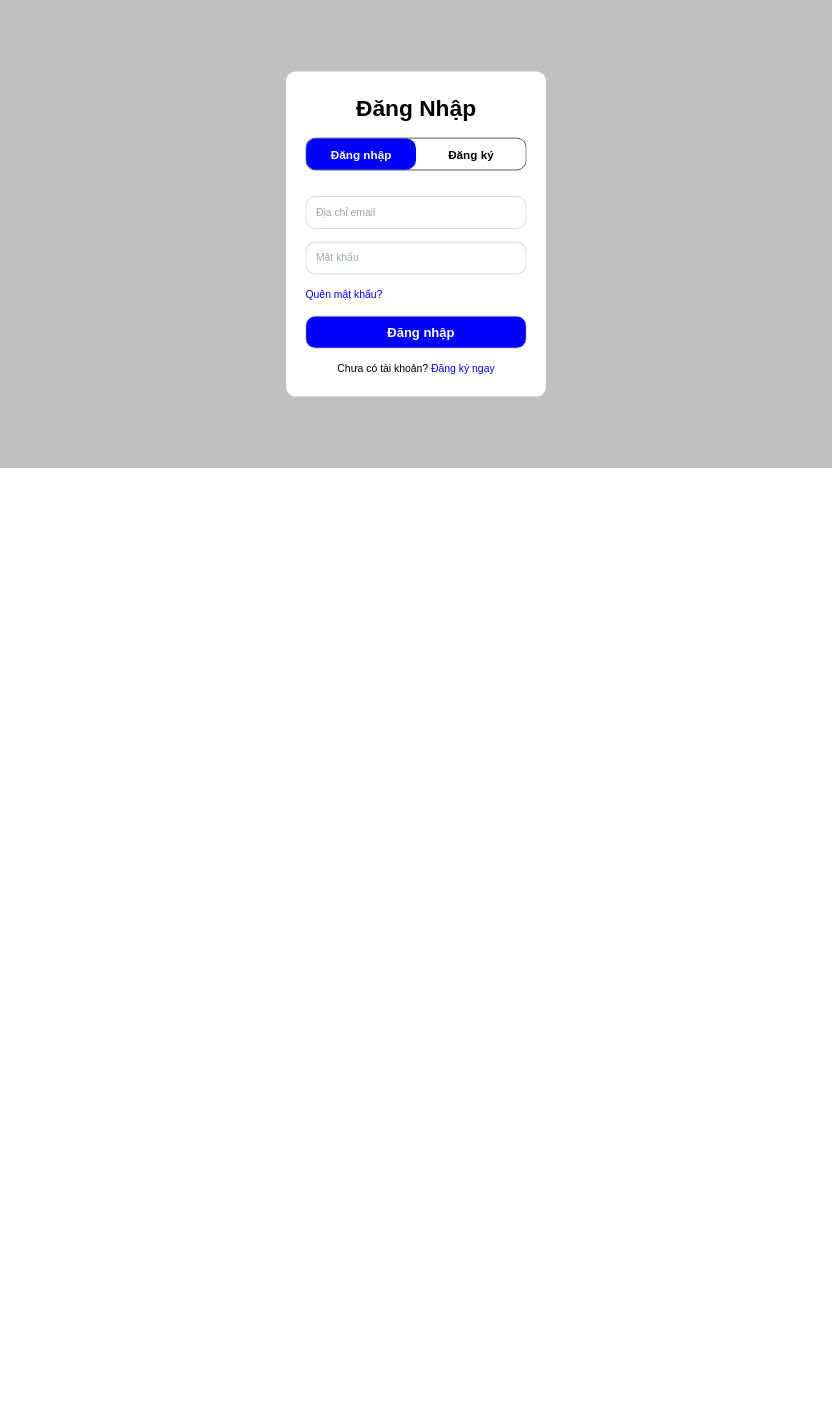
Repository: NguyenMinhThien-sudo/DemoFormPractice
Page: /
An editor plug-in stored every save of this project. The page is shown before and after the next save, followed by the edit.
The browser window is 1280 px wide. The pictures show the whole page, at 65% of full size.
The project was rebuilt for these pictures with package versions that can differ from the ones it lists, and the page was loaded fresh each time. Also part of the build but not shown: vite.config.js.

Above is the page before, as saved 2023-05-18 18:50:30.

### src/App.jsx
import React from "react";
import "./App.css";
import Form from "./components/form_practice/form";

const App = () => {
  return (
    <div>
      <Form></Form>
    </div>
  );
};

export default App;

### src/App.css
*,
*:before,
*:after {
  box-sizing: border-box;
}
* {
  margin: 0;
  padding: 0;
  font: inherit;
}
img,
picture,
svg,
video {
  display: block;
  max-width: 100%;
}
input,
select,
textarea {
  background-color: transparent;
  outline: none;
}
button {
  cursor: pointer;
  background-color: transparent;
  outline: none;
  border: 0;
}
body {
  min-height: 300vh;
  font-weight: 400;
  font-size: 16px;
  line-height: 1;
}

### src/components/form_practice/form.jsx
import React, { useState } from "react";
import styled from "styled-components";

const AuthForm = styled.div`
  box-sizing: border-box;
  font-family: Poppins, sans-serif;
  margin: 0;
  padding: 0;
  .main-form {
    display: flex;
    justify-content: center;
    align-items: center;
    background-color: silver;
    width: 100%;
    height: 100vh;
  }
  .form-wrapper {
    background-color: white;
    border-radius: 15px;
    padding: 30px;
    overflow: hidden;
    max-width: 400px;
  }
  .title-text {
    width: 200%;
    display: flex;
  }
  .title {
    text-align: center;
    width: 50%;
    font-size: 35px;
    font-weight: bold;
    transition: all 0.6s cubic-bezier(0.68, -0.55, 0.265, 1.55);
  }
  .form-contain {
    width: 100%;
    overflow: hidden;
  }
  .slide-form {
    display: flex;
    justify-content: space-between;
    text-align: center;
    width: 100%;
    height: 50px;
    border: 1px solid black;
    border-radius: 15px;
    margin: 20px 0 20px;
    position: relative;
  }
  .slide {
    width: 100%;
    height: 100%;
    line-height: 50px;
    font-size: 18px;
    font-weight: bold;
    cursor: pointer;
    z-index: 1;
  }
  .slide-tab {
    height: 100%;
    width: 50%;
    border-radius: 15px;
    position: absolute;
    left: 0;
    top: 0;
    background-color: blue;
    transition: all 0.6s cubic-bezier(0.68, -0.55, 0.265, 1.55);
    z-index: 0;
  }
  .form-slider {
    width: 200%;
    display: flex;
  }
  form {
    width: 50%;
    transition: all 0.6s cubic-bezier(0.68, -0.55, 0.265, 1.55);
  }
  form input {
    height: 100%;
    width: 100%;
    padding-left: 15px;
    margin-right: 15px;
    border: 1px solid silver;
    border-radius: 15px;
  }
  .input {
    width: 100%;
    height: 50px;
    margin: 20px 0;
  }
  input[type="button"] {
    background-color: blue;
    color: white;
    font-size: 20px;
    font-weight: bold;
    cursor: pointer;
  }
  a {
    outline: none;
    color: blue;
  }
  .regis {
    text-align: center;
  }
  .is-active {
    margin-left: -50%;
  }
  .is-slide {
    margin-left: 50%;
  }
`;

const Form = () => {
  const [selectForm, setSelectForm] = useState("");
  const [access, setAccess] = useState(true);
  //   const [access2, setAccess2] = useState(false);
  const handleClickForm = () => {
    // if (!selectForm) {
    //   setSelectForm("is-slide");
    // } else {
    //   setSelectForm("");
    // }
    setSelectForm("");
    setAccess(true);
    // setAccess2(false);
  };
  const handleClickForm2 = () => {
    setSelectForm("is-slide");
    setAccess(false);
    // setAccess2(true);
  };
  return (
    <AuthForm>
      <div className="main-form">
        <div className="form-wrapper">
          <div className="title-text">
            <div
              className={`title login-text ${selectForm ? "is-active" : ""}`}
            >
              Đăng Nhập
            </div>
            <div className="title signup-text">Đăng Ký</div>
          </div>
          <div className="form-contain">
            <div className="slide-form">
              <span
                className={`slide login ${
                  !selectForm && access ? "text-white" : ""
                }`}
                onClick={handleClickForm}
              >
                Đăng nhập
              </span>
              <span
                className={`slide signup ${
                  selectForm && !access ? "text-white" : ""
                }`}
                onClick={handleClickForm2}
              >
                Đăng ký
              </span>
              <div
                className={`slide-tab ${selectForm ? "is-slide" : ""}`}
              ></div>
            </div>
            <div className="form-slider">
              <form
                action="#"
                className={`form-login ${selectForm ? "is-active" : ""}`}
              >
                <div className="input">
                  <input
                    type="email"
                    name="email_login"
                    placeholder="Địa chỉ email"
                    required
                  />
                </div>
                <div className="input">
                  <input
                    type="password"
                    name="pass_login"
                    placeholder="Mật khẩu"
                    required
                  />
                </div>
                <div className="pass">
                  <a href="#">Quên mật khẩu?</a>
                </div>
                <div className="input btn">
                  <input type="button" name="btn_login" value="Đăng nhập" />
                </div>
                <div className="regis">
                  <p>
                    Chưa có tài khoản?{" "}
                    <a href="#" onClick={handleClickForm2}>
                      Đăng ký ngay
                    </a>
                  </p>
                </div>
              </form>
              <form action="#" className="form-signup">
                <div className="input">
                  <input
                    type="email"
                    name="email_login"
                    placeholder="Địa chỉ email"
                    required
                  />
                </div>
                <div className="input">
                  <input
                    type="password"
                    name="pass_login"
                    placeholder="Mật khẩu"
                    required
                  />
                </div>
                <div className="input">
                  <input type="button" name="btn_login" value="Đăng ký" />
                </div>
                <div className="regis">
                  <p>
                    Đã có tài khoản?{" "}
                    <a href="#" onClick={handleClickForm}>
                      Đăng nhập ngay
                    </a>
                  </p>
                </div>
              </form>
            </div>
          </div>
        </div>
      </div>
    </AuthForm>
  );
};

export default Form;

### tailwind.config.js
/** @type {import('tailwindcss').Config} */
export default {
  mode: "jit",
  content: ["./index.html", "./src/**/*.{js,ts,jsx,tsx}"],
  theme: {
    extend: {},
  },
  plugins: [],
};

Loaded but not shown: index.html (common file); src/main.jsx (common file); src/index.css (common file)

After the next save:
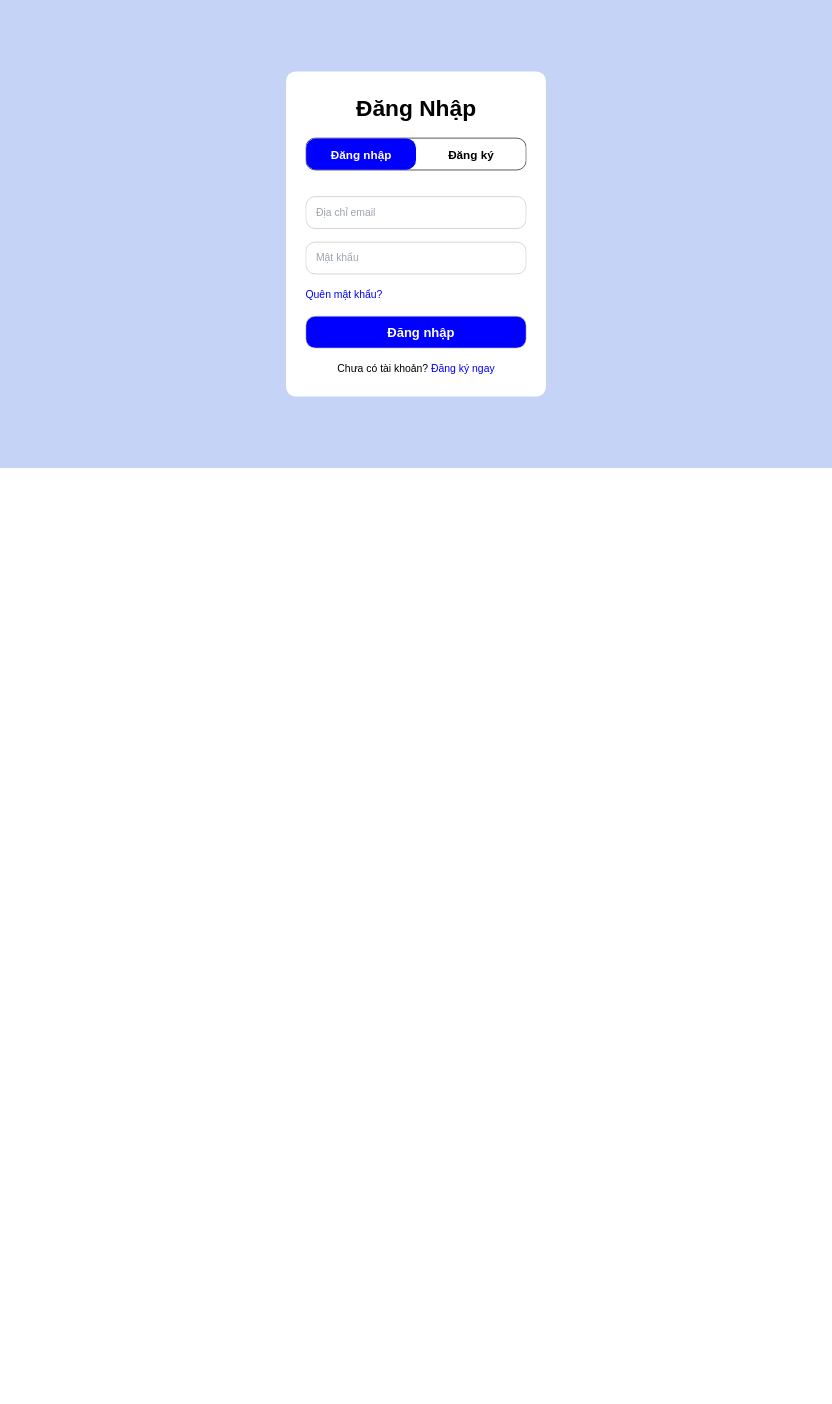
Saved 7 min 12 s later.
--- a/src/components/form_practice/form.jsx
+++ b/src/components/form_practice/form.jsx
@@ -10,7 +10,7 @@ const AuthForm = styled.div`
     display: flex;
     justify-content: center;
     align-items: center;
-    background-color: silver;
+    background-color: #c4d3f6;
     width: 100%;
     height: 100vh;
   }
